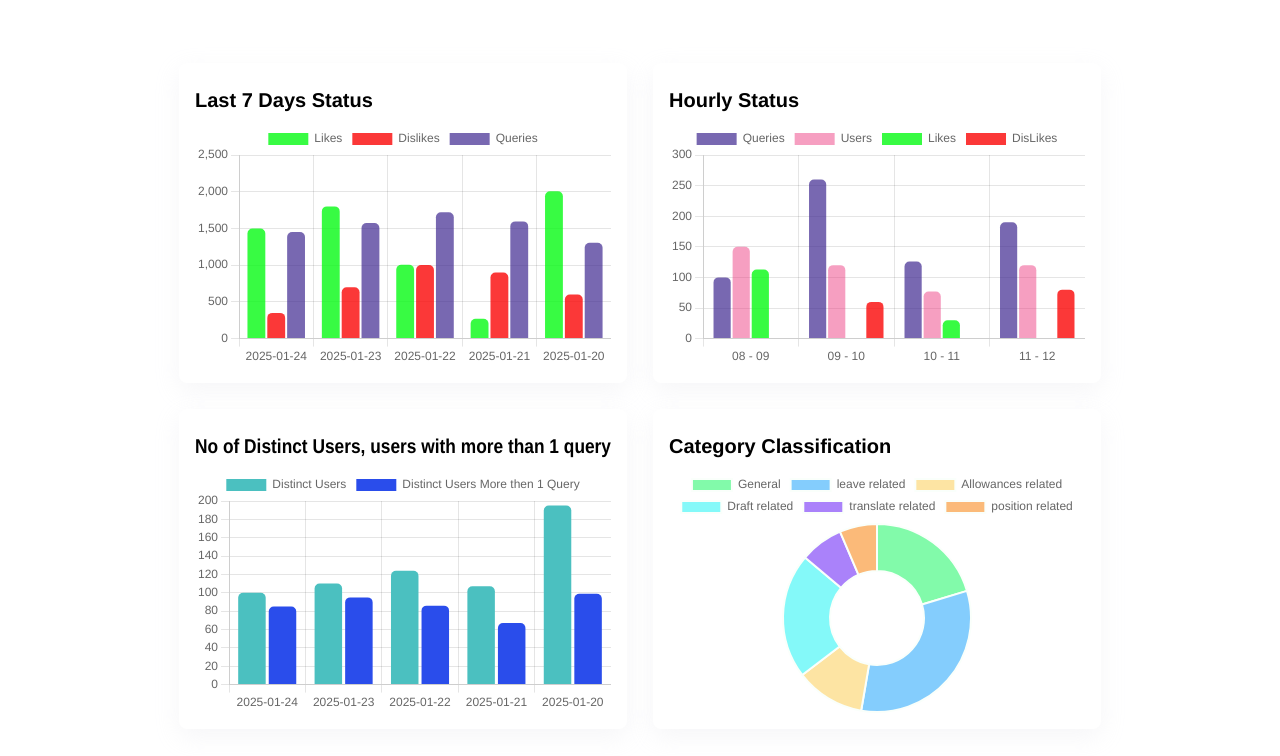
Repository: NAGARAJ-DEVELOPER/Dashboard
Page: /
These files come from the project's save history. The page is drawn as it stood at one moment and after the next save; the edit follows.
The browser window is 1280 px wide. The pictures show the whole page.
The project was rebuilt for these pictures with package versions that can differ from the ones it lists, and the page was loaded fresh each time. Also part of the build but not shown: vite.config.js.

Above is the page before, as saved 2025-02-12 00:30:32.

After the next save:
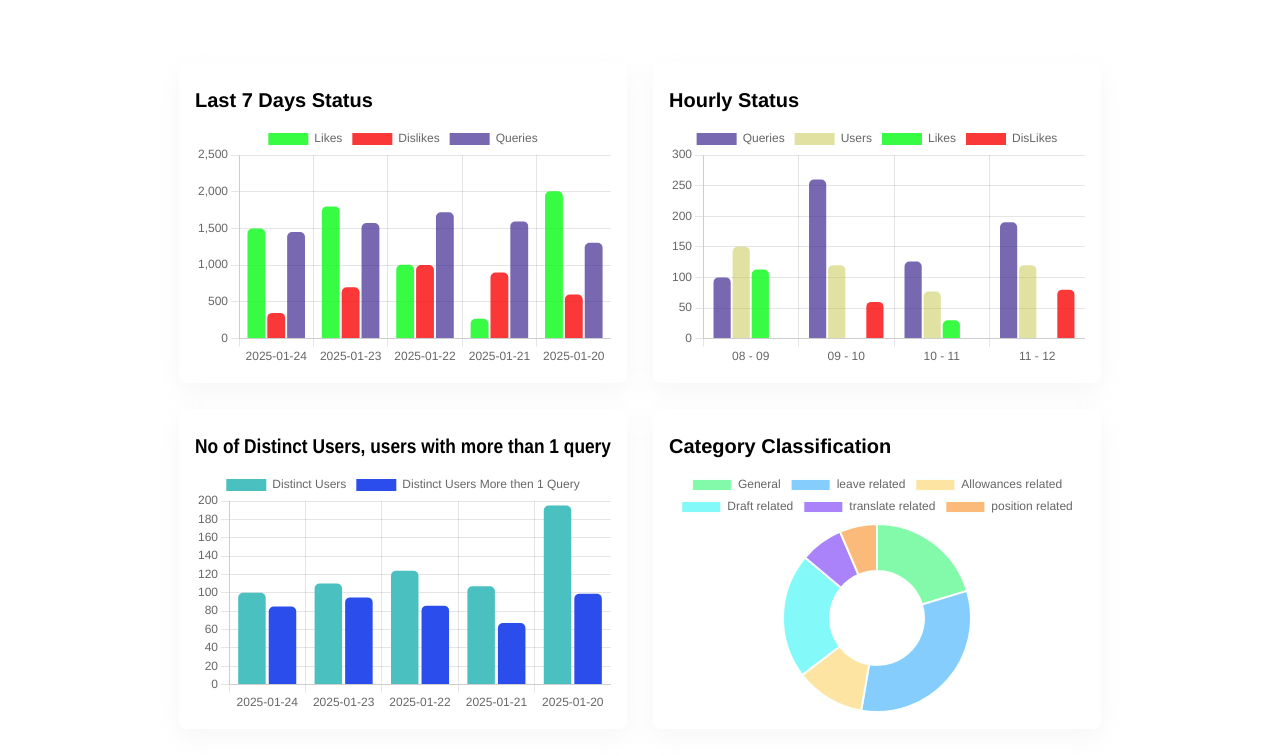
Saved 32 s later.
--- a/src/App.jsx
+++ b/src/App.jsx
@@ -92,7 +92,7 @@ export const App = () => {
                 data: toady.map((data) => data.D_Users),
                 backgroundColor: [
 
-                  "rgba(235, 43, 117, 0.45)",
+                  "rgba(188, 190, 47, 0.45)",
 
                 ],
                 borderRadius: 5,
